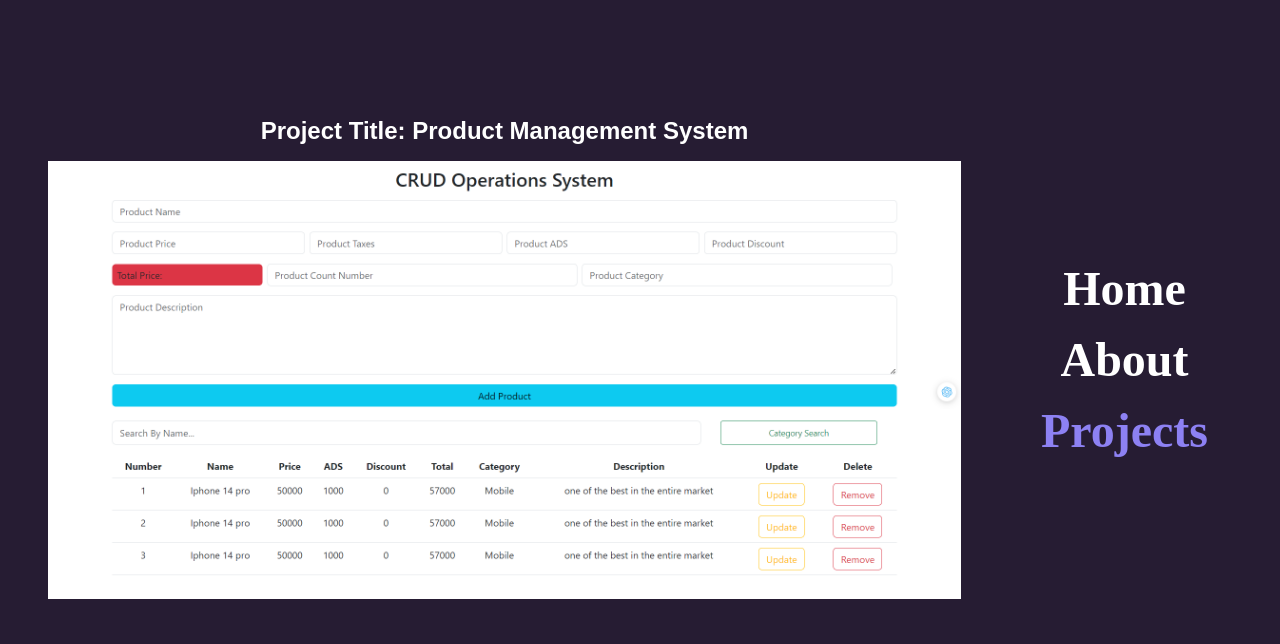
Repository: ahamdy997/portfolio
Page: /projects
An editor plug-in stored every save of this project. The page is shown before and after the next save, followed by the edit.
The browser window is 1280 px wide. The pictures show the whole page.
The project was rebuilt for these pictures with package versions that can differ from the ones it lists, and the page was loaded fresh each time. Also part of the build but not shown: vue.config.js, src/components/HelloWorld.vue, src/views/HomeView.vue.

Above is the page before, as saved 2023-11-06 00:24:05.

After the next save:
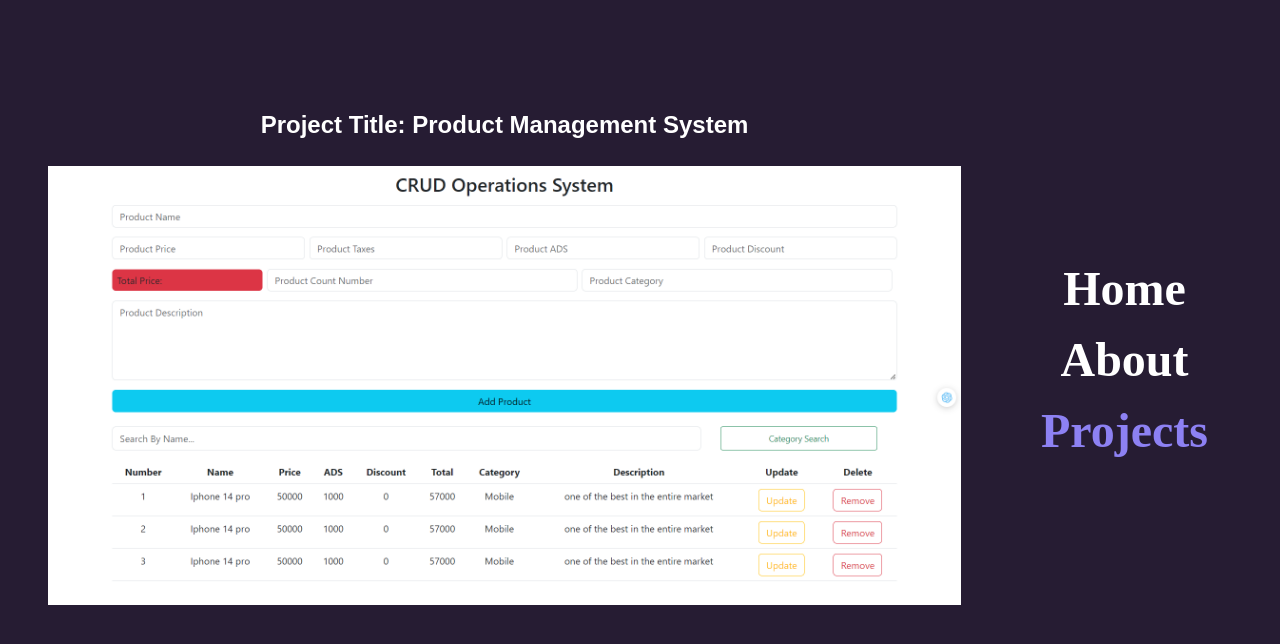
Saved 10 s later.
--- a/src/views/ProjectView.vue
+++ b/src/views/ProjectView.vue
@@ -9,6 +9,6 @@ img {
   width: 100%;
 }
 h2 {
-  margin-bottom: 1rem;
+  margin-bottom: 1.7rem;
 }
 </style>
